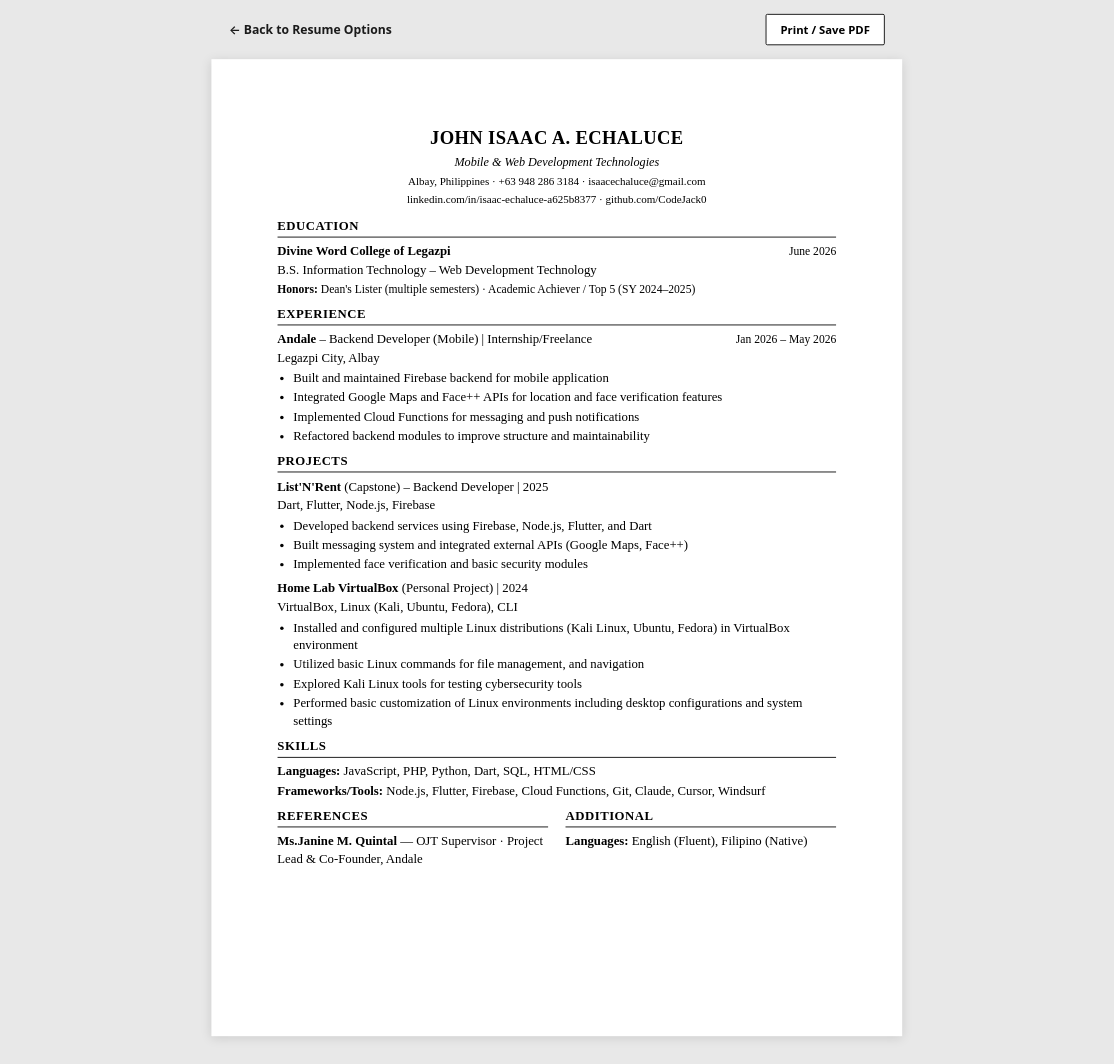
Repository: CodeJack0/Professional_Portfolio
Page: pages/resume_development.html
An editor plug-in stored every save of this project. The page is shown before and after the next save, followed by the edit.
The browser window is 1280 px wide. The pictures show the whole page, at 87% of full size.

Above is the page before, as saved 2026-05-30 08:21:14.

### pages/resume_development.html
<!DOCTYPE html>
<html lang="en">
<head>
  <meta charset="UTF-8" />
  <meta name="viewport" content="width=device-width, initial-scale=1.0" />
  <meta name="description" content="Resume / CV — John Isaac A. Echaluce, IT Graduate" />
  <title>Resume / CV — John Isaac A. Echaluce</title>
  <link rel="stylesheet" href="../css/resume.css" />
</head>
<body class="resume-page">
  <div class="resume-toolbar no-print">
    <a href="resumes.html" class="toolbar-link">← Back to Resume Options</a>
    <button type="button" class="toolbar-btn" onclick="window.print()">Print / Save PDF</button>
  </div>

  <article class="resume-document" aria-label="Resume">
    <header class="resume-header">
      <h1 class="resume-name">John Isaac A. Echaluce</h1>
      <p class="resume-tagline">Mobile &amp; Web Development Technologies</p>
      <p class="resume-contact-line">
        Albay, Philippines · <a href="tel:+639482863184">+63 948 286 3184</a> ·
        <a href="mailto:isaacechaluce@gmail.com">isaacechaluce@gmail.com</a>
      </p>
      <p class="resume-contact-line resume-contact-line--links">
        <a href="https://www.linkedin.com/in/isaac-echaluce-a625b8377/" rel="noopener noreferrer">linkedin.com/in/isaac-echaluce-a625b8377</a> ·
        <a href="https://github.com/CodeJack0" rel="noopener noreferrer">github.com/CodeJack0</a>
      </p>
    </header>

    <main class="resume-content">
      <section class="resume-section">
        <h2 class="resume-section-title">Education</h2>

        <div class="entry">
          <div class="entry-row">
            <span class="entry-left"><strong>Divine Word College of Legazpi</strong></span>
            <span class="entry-right">June 2026</span>
          </div>
          <div class="entry-row entry-row--sub">
            <span class="entry-left">B.S. Information Technology – Web Development Technology</span>
          </div>
          <p class="honors-line">
            <strong>Honors:</strong> Dean's Lister (multiple semesters) · Academic Achiever / Top 5 (SY 2024–2025)
          </p>
        </div>
      </section>

      <section class="resume-section">
        <h2 class="resume-section-title">Experience</h2>

        <div class="entry">
          <div class="entry-row">
            <span class="entry-left"><strong>Andale</strong> – Backend Developer (Mobile) | Internship/Freelance</span>
            <span class="entry-right">Jan 2026 – May 2026</span>
          </div>
          <div class="entry-row entry-row--sub">
            <span class="entry-left">Legazpi City, Albay</span>
          </div>
          <ul class="resume-list">
            <li>Built and maintained Firebase backend for mobile application</li>
            <li>Integrated Google Maps and Face++ APIs for location and face verification features</li>
            <li>Implemented Cloud Functions for messaging and push notifications</li>
            <li>Refactored backend modules to improve structure and maintainability</li>
          </ul>
        </div>
      </section>

      <section class="resume-section">
        <h2 class="resume-section-title">Projects</h2>

        <div class="entry">
          <div class="entry-row">
            <span class="entry-left"><strong>List'N'Rent</strong> (Capstone) – Backend Developer | 2025</span>
            <span class="entry-right"></span>
          </div>
          <div class="entry-row entry-row--sub">
            <span class="entry-left">Dart, Flutter, Node.js, Firebase</span>
          </div>
          <ul class="resume-list">
            <li>Developed backend services using Firebase, Node.js, Flutter, and Dart</li>
            <li>Built messaging system and integrated external APIs (Google Maps, Face++)</li>
            <li>Implemented face verification and basic security modules</li>
          </ul>
        </div>

        <div class="entry">
          <div class="entry-row">
            <span class="entry-left"><strong>Home Lab VirtualBox</strong> (Personal Project) | 2024</span>
            <span class="entry-right"></span>
          </div>
          <div class="entry-row entry-row--sub">
            <span class="entry-left">VirtualBox, Linux (Kali, Ubuntu, Fedora), CLI</span>
          </div>
          <ul class="resume-list">
            <li>Installed and configured multiple Linux distributions (Kali Linux, Ubuntu, Fedora) in VirtualBox environment</li>
            <li>Utilized basic Linux commands for  file management, and navigation</li>
            <li>Explored Kali Linux tools for testing cybersecurity tools</li>
            <li>Performed basic customization of Linux environments including desktop configurations and system settings</li>
          </ul>
        </div>


      <section class="resume-section">
        <h2 class="resume-section-title">Skills</h2>
        <p class="skills-line"><strong>Languages:</strong> JavaScript, PHP, Python, Dart, SQL, HTML/CSS</p>
        <p class="skills-line"><strong>Frameworks/Tools:</strong> Node.js, Flutter, Firebase, Cloud Functions, Git, Claude, Cursor, Windsurf</p>
      </section>


      <section class="resume-section resume-section--combined">
        <div class="resume-two-col">
          <div>
            <h2 class="resume-section-title">References</h2>
            <p class="skills-line"><strong>Ms.Janine M. Quintal</strong> — OJT Supervisor · Project Lead &amp; Co-Founder, Andale</p>
          </div>
          <div>
            <h2 class="resume-section-title">Additional</h2>
            <p class="skills-line"><strong>Languages:</strong> English (Fluent), Filipino (Native)</p>
          </div>
        </div>
      </section>
    </main>
  </article>
</body>
</html>

### css/resume.css
/* Harvard-style resume — conservative, single column, print-first (A4) */

:root {
  --resume-page-width: 210mm;
  --resume-page-height: 297mm;
  --resume-page-margin: 20mm;
}

*,
*::before,
*::after {
  box-sizing: border-box;
}

body.resume-page {
  margin: 0;
  font-family: "Times New Roman", Times, Georgia, serif;
  font-size: 11pt;
  line-height: 1.4;
  color: #000;
  background: #e8e8e8;
  -webkit-font-smoothing: antialiased;
}

/* Toolbar (screen only) */
.resume-toolbar {
  display: flex;
  align-items: center;
  justify-content: space-between;
  max-width: var(--resume-page-width);
  margin: 0 auto;
  padding: 1rem 1.25rem;
  gap: 1rem;
  font-family: system-ui, -apple-system, sans-serif;
}

.toolbar-link {
  font-size: 0.875rem;
  font-weight: 600;
  color: #1a1a1a;
  text-decoration: none;
}

.toolbar-link:hover {
  text-decoration: underline;
}

.toolbar-btn {
  font-family: inherit;
  font-size: 0.8125rem;
  font-weight: 600;
  padding: 0.5rem 1rem;
  border: 1px solid #000;
  border-radius: 2px;
  background: #fff;
  color: #000;
  cursor: pointer;
}

.toolbar-btn:hover {
  background: #f5f5f5;
}

/* Document */
.resume-document {
  width: 100%;
  max-width: var(--resume-page-width);
  min-height: var(--resume-page-height);
  margin: 0 auto 2rem;
  padding: var(--resume-page-margin);
  background: #fff;
  box-shadow: 0 2px 12px rgba(0, 0, 0, 0.12);
}

/* Header */
.resume-header {
  text-align: center;
  margin-bottom: 0.65rem;
}

.resume-name {
  font-size: 16pt;
  font-weight: 700;
  margin: 0 0 0.25rem;
  letter-spacing: 0.02em;
  text-transform: uppercase;
}

.resume-tagline {
  margin: 0;
  font-size: 10.5pt;
  font-style: italic;
}

.resume-summary {
  margin: 0.35rem auto 0;
  max-width: 95%;
  font-size: 10pt;
  line-height: 1.4;
  text-align: center;
}

.resume-contact-line {
  margin: 0.2rem 0 0;
  font-size: 9.5pt;
  line-height: 1.45;
}

.resume-contact-line--links {
  margin-top: 0.1rem;
}

.resume-contact-line a {
  color: inherit;
  text-decoration: none;
}

.resume-contact-line a:hover {
  text-decoration: underline;
}

.honors-line {
  margin: 0.2rem 0 0;
  font-size: 10pt;
  line-height: 1.35;
}

.entry-note {
  margin: 0.15rem 0 0;
  font-size: 9.5pt;
  font-style: italic;
  line-height: 1.35;
}

/* Sections */
.resume-content {
  margin: 0;
}

.resume-section {
  margin-bottom: 0.45rem;
}

.entry--compact {
  margin-bottom: 0.2rem;
}

.resume-two-col {
  display: grid;
  grid-template-columns: 1fr 1fr;
  gap: 1.25rem;
  align-items: start;
}

.resume-two-col .resume-section-title {
  margin-top: 0;
}

.resume-section--combined {
  margin-bottom: 0;
}

.skills-line--muted {
  font-size: 9.5pt;
  font-style: italic;
}

.resume-section:last-child {
  margin-bottom: 0;
}

.resume-section-title {
  font-size: 11pt;
  font-weight: 700;
  text-transform: uppercase;
  letter-spacing: 0.04em;
  margin: 0.5rem 0 0.35rem;
  padding-bottom: 0.15rem;
  border-bottom: 1px solid #000;
}

.resume-section:first-child .resume-section-title {
  margin-top: 0;
}

/* Entries */
.entry {
  margin-bottom: 0.45rem;
}

.entry:last-child {
  margin-bottom: 0;
}

.entry-row {
  display: flex;
  justify-content: space-between;
  align-items: baseline;
  gap: 1rem;
}

.entry-row--sub {
  margin-top: 0.05rem;
}

.entry-left {
  flex: 1;
  min-width: 0;
}

.entry-right {
  flex-shrink: 0;
  white-space: nowrap;
  font-size: 10pt;
}

/* Lists */
.resume-list {
  margin: 0.2rem 0 0;
  padding-left: 1.15rem;
}

.resume-list li {
  margin-bottom: 0.1rem;
}

.resume-list--plain {
  list-style: disc;
  padding-left: 1.15rem;
}

/* Skills */
.skills-line {
  margin: 0.15rem 0 0;
}

.skills-line:first-of-type {
  margin-top: 0.1rem;
}

.resume-section--inline .skills-line {
  margin-top: 0.1rem;
}

/* Responsive */
@media (max-width: 640px) {
  .resume-document {
    min-height: auto;
    padding: 1rem;
  }

  .resume-contact-line {
    font-size: 9pt;
  }

  .entry-row {
    flex-direction: column;
    gap: 0.1rem;
  }

  .entry-right {
    white-space: normal;
  }

  .resume-two-col {
    grid-template-columns: 1fr;
    gap: 0.5rem;
  }
}

/* Print */
@media print {
  @page {
    size: A4;
    margin: 0;
  }

  body.resume-page {
    background: #fff;
    font-size: 11pt;
  }

  .no-print {
    display: none !important;
  }

  .resume-document {
    max-width: none;
    min-height: auto;
    margin: 0;
    padding: var(--resume-page-margin);
    box-shadow: none;
  }

  .resume-contact-line a {
    text-decoration: none;
  }

  .entry,
  .resume-section {
    break-inside: avoid;
  }
}

After the next save:
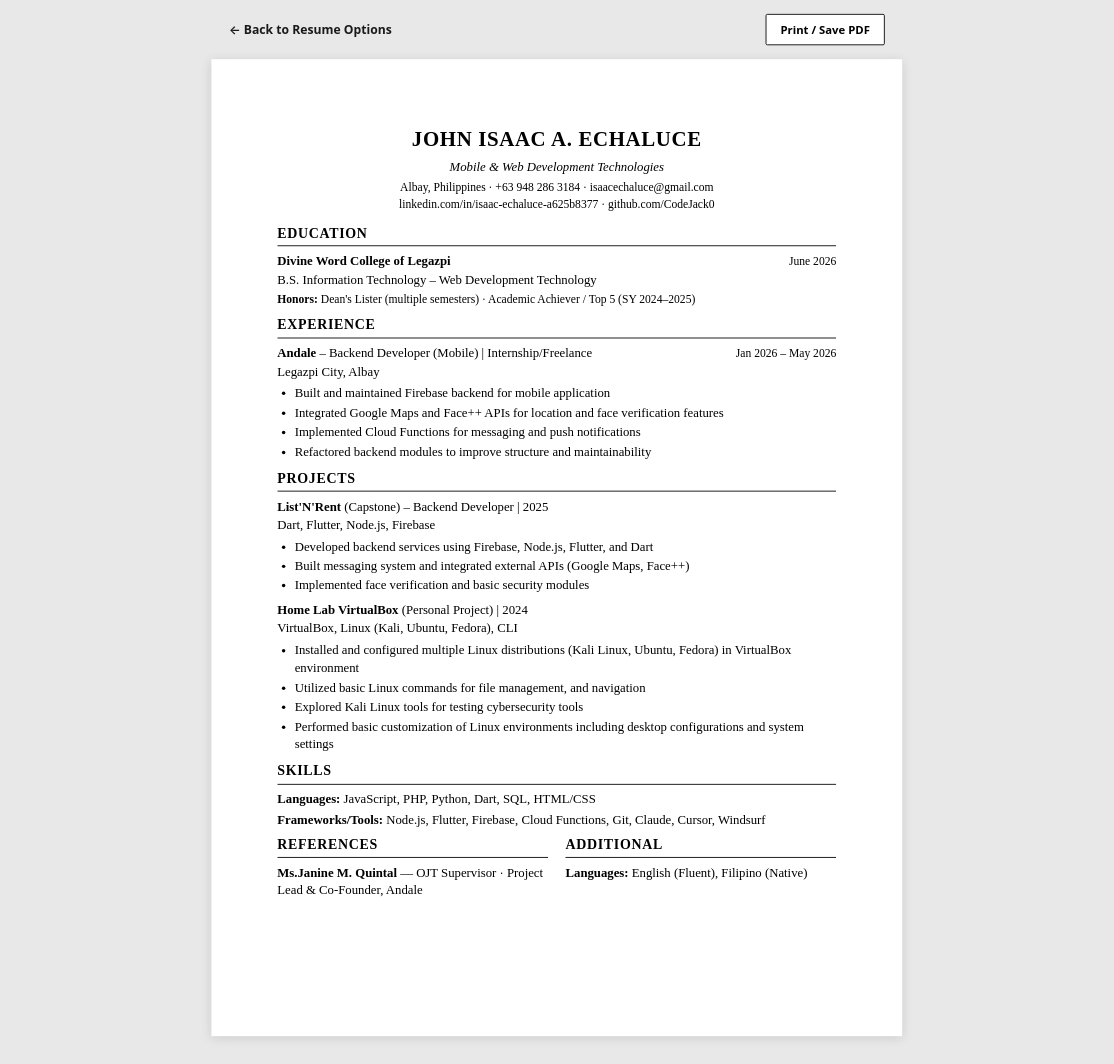
Saved 9 s later.
--- a/css/resume.css
+++ b/css/resume.css
@@ -75,20 +75,20 @@ body.resume-page {
 /* Header */
 .resume-header {
   text-align: center;
-  margin-bottom: 0.65rem;
+  margin-bottom: 0.75rem;
 }
 
 .resume-name {
-  font-size: 16pt;
+  font-size: 18pt;
   font-weight: 700;
-  margin: 0 0 0.25rem;
-  letter-spacing: 0.02em;
+  margin: 0 0 0.3rem;
+  letter-spacing: 0.03em;
   text-transform: uppercase;
 }
 
 .resume-tagline {
-  margin: 0;
-  font-size: 10.5pt;
+  margin: 0 0 0.2rem;
+  font-size: 11pt;
   font-style: italic;
 }
 
@@ -101,9 +101,9 @@ body.resume-page {
 }
 
 .resume-contact-line {
-  margin: 0.2rem 0 0;
-  font-size: 9.5pt;
-  line-height: 1.45;
+  margin: 0.15rem 0 0;
+  font-size: 10pt;
+  line-height: 1.4;
 }
 
 .resume-contact-line--links {
@@ -170,12 +170,12 @@ body.resume-page {
 }
 
 .resume-section-title {
-  font-size: 11pt;
+  font-size: 12pt;
   font-weight: 700;
   text-transform: uppercase;
-  letter-spacing: 0.04em;
-  margin: 0.5rem 0 0.35rem;
-  padding-bottom: 0.15rem;
+  letter-spacing: 0.05em;
+  margin: 0.6rem 0 0.4rem;
+  padding-bottom: 0.2rem;
   border-bottom: 1px solid #000;
 }
 
@@ -185,7 +185,7 @@ body.resume-page {
 
 /* Entries */
 .entry {
-  margin-bottom: 0.45rem;
+  margin-bottom: 0.5rem;
 }
 
 .entry:last-child {
@@ -216,12 +216,13 @@ body.resume-page {
 
 /* Lists */
 .resume-list {
-  margin: 0.2rem 0 0;
-  padding-left: 1.15rem;
+  margin: 0.25rem 0 0;
+  padding-left: 1.25rem;
 }
 
 .resume-list li {
-  margin-bottom: 0.1rem;
+  margin-bottom: 0.12rem;
+  line-height: 1.4;
 }
 
 .resume-list--plain {
@@ -231,7 +232,8 @@ body.resume-page {
 
 /* Skills */
 .skills-line {
-  margin: 0.15rem 0 0;
+  margin: 0.2rem 0 0;
+  line-height: 1.4;
 }
 
 .skills-line:first-of-type {
